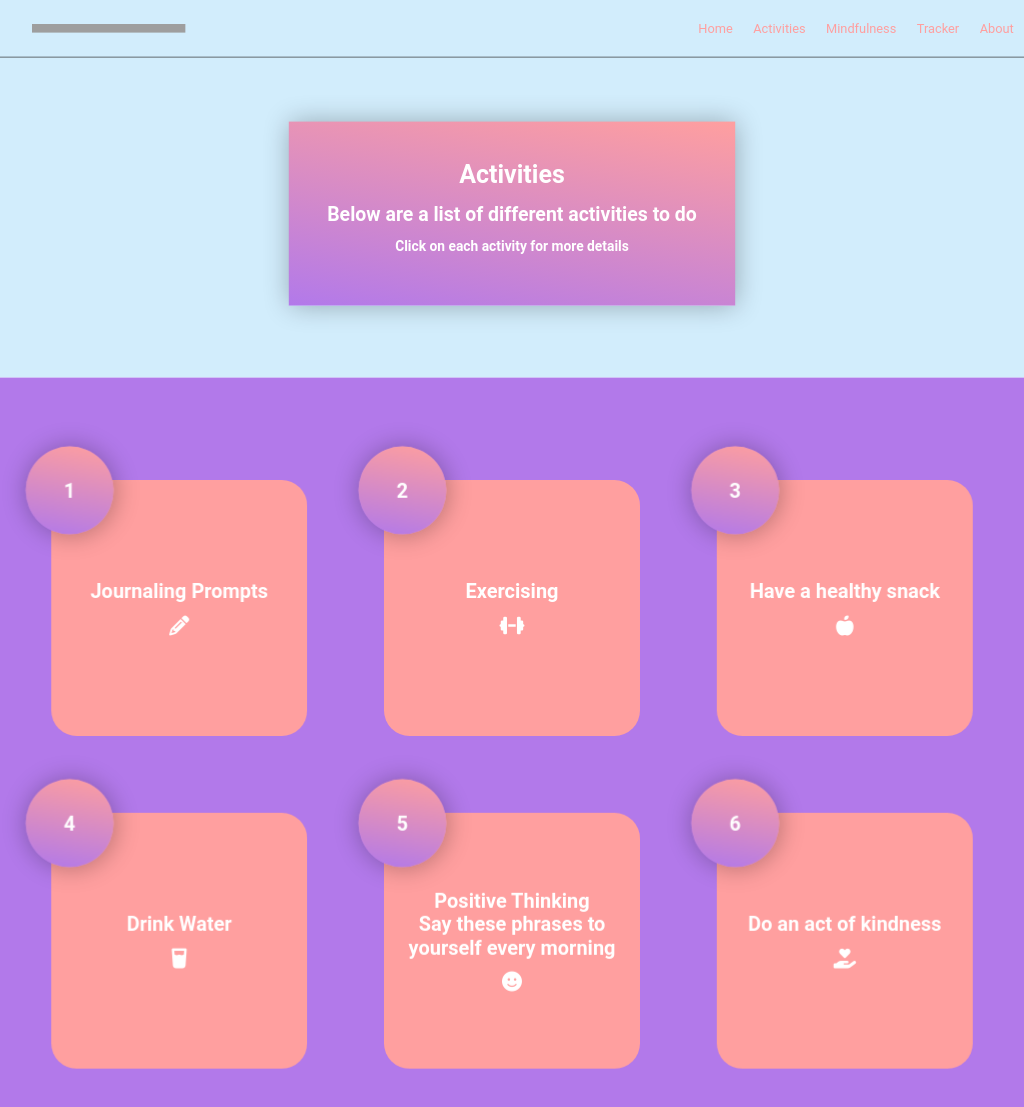
Repository: Nafisa-Huda/HealthierMind
Page: public/activities.html
The author's editor kept a copy of each file at every save. The page is drawn from the files as they stood at one save, then again after the next save.
The browser window is 1280 px wide. The pictures show the whole page, at 80% of full size.
Pictures or frames that could not be fetched are drawn as grey boxes. Some web libraries are served in a nearby version.

Above is the page before, as saved 2022-07-13 15:10:04.

After the next save:
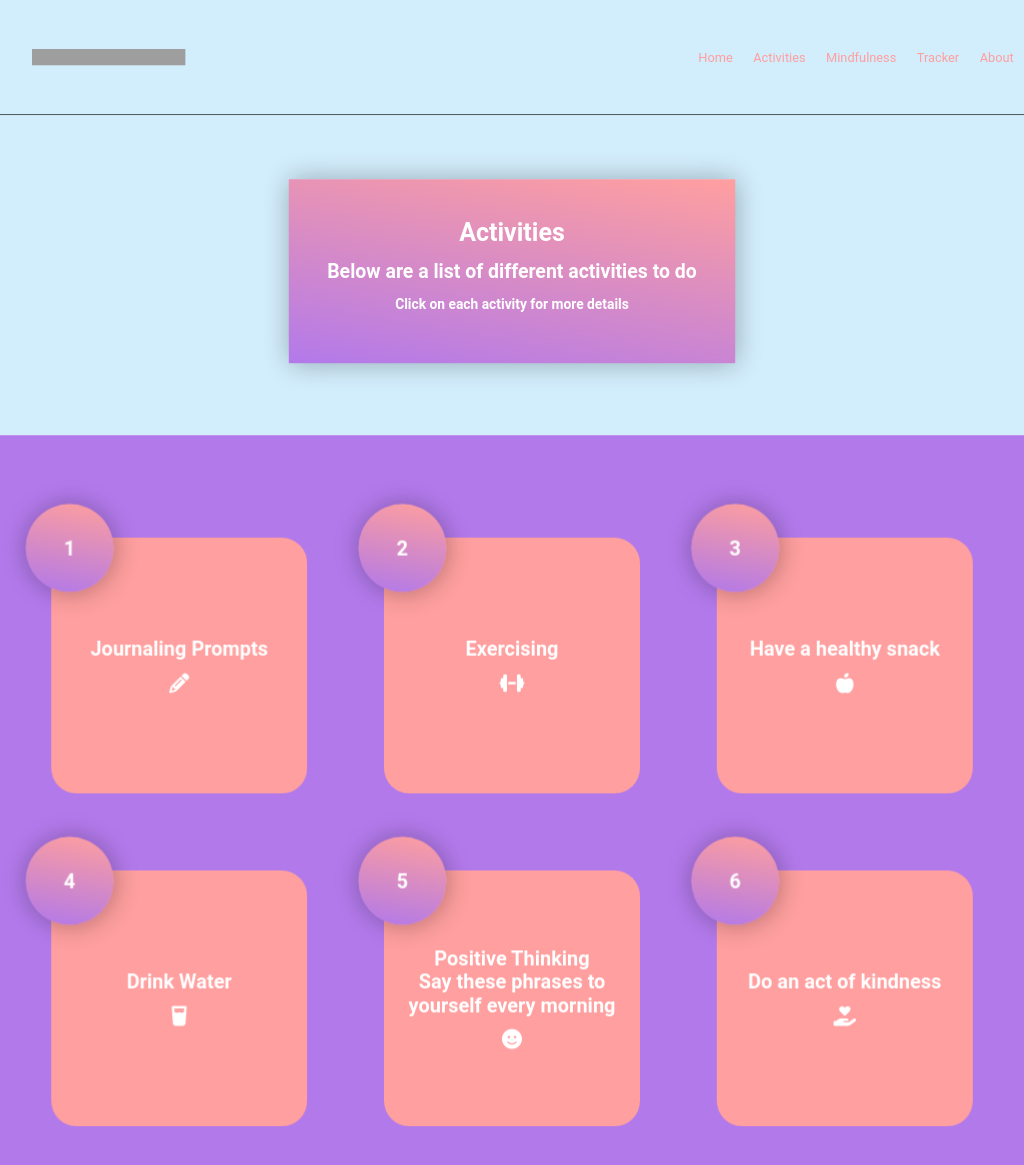
Saved 4 s later.
--- a/public/style.css
+++ b/public/style.css
@@ -42,7 +42,7 @@
 
 .container {
   width: 100vw;
-  height: 10vh;
+  height: 20vh;
   margin: 0 auto;
   border-bottom: 0.1rem solid black;
 }

After the save that followed:
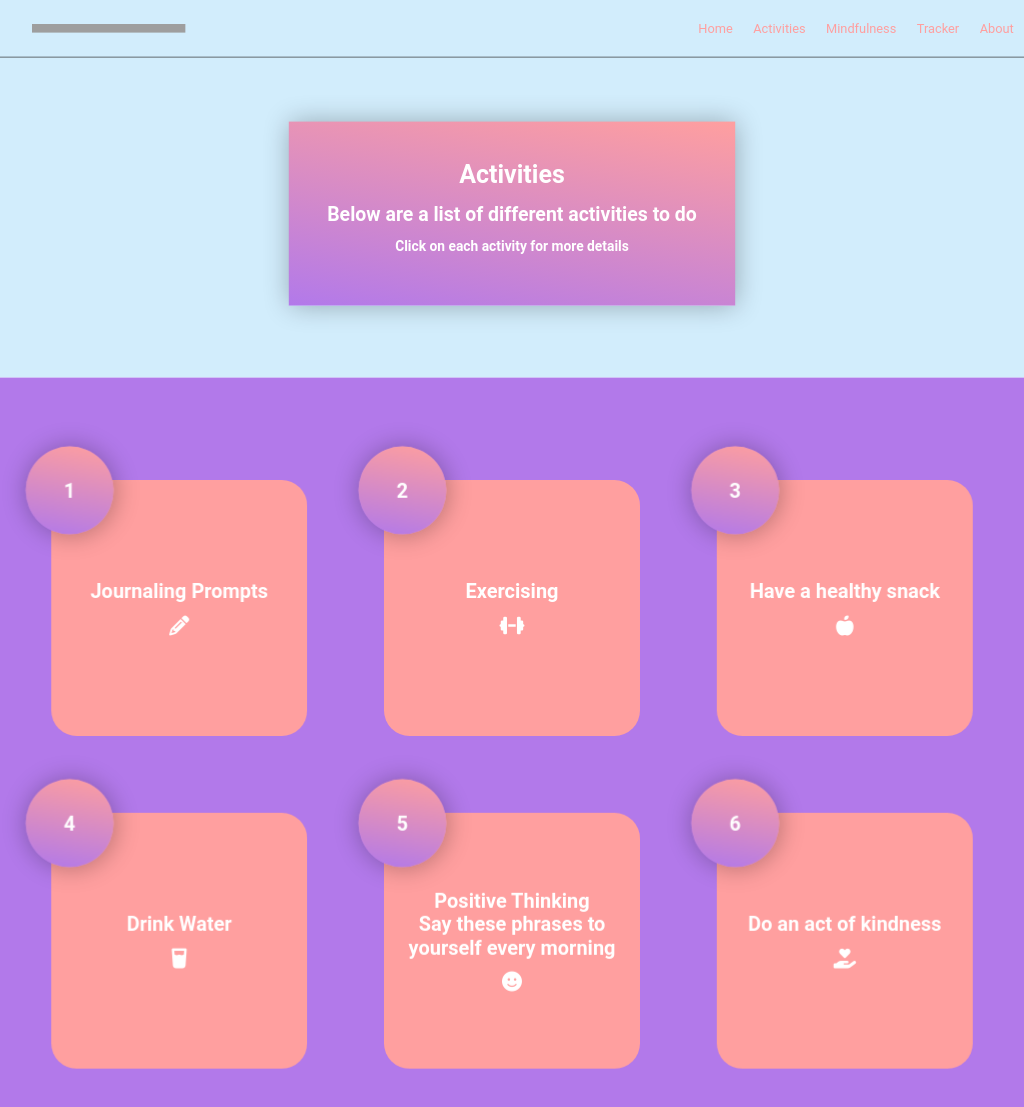
Saved 7 s later.
--- a/public/style.css
+++ b/public/style.css
@@ -42,7 +42,7 @@
 
 .container {
   width: 100vw;
-  height: 20vh;
+  height: 10vh;
   margin: 0 auto;
   border-bottom: 0.1rem solid black;
 }
